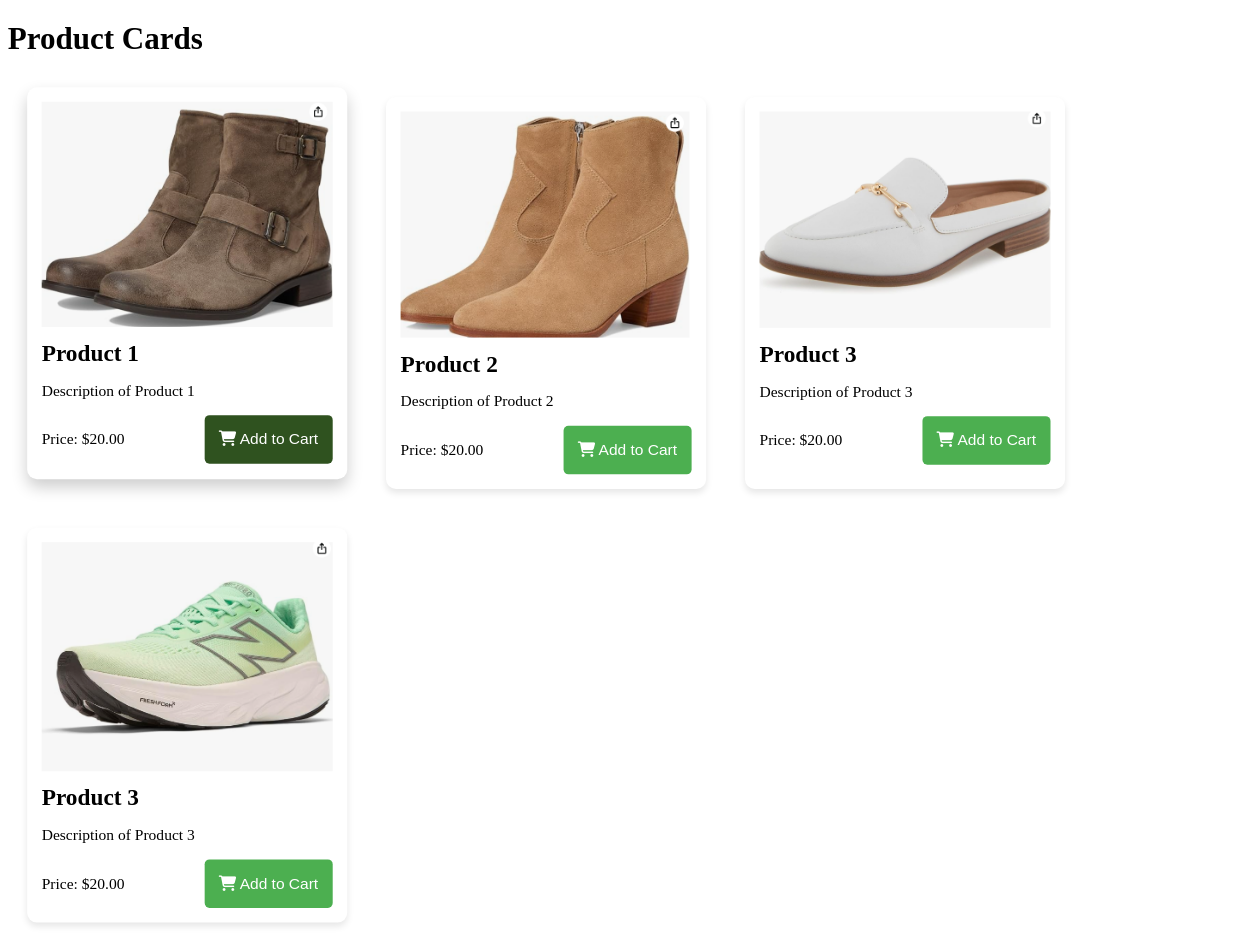
Repository: anjalipatel-dev/web-dev-learning-journey
Page: 03_html_css_ui_pages/05_E-com_cards/index.html
The author's editor kept a copy of each file at every save. The page is drawn from the files as they stood at one save, then again after the next save.
The browser window is 1280 px wide. The pictures show the whole page, at 97% of full size.
The pointer rests on the first visible `.card button`.

Above is the page before, as saved 2025-10-11 11:26:59.

### 03_html_css_ui_pages/05_E-com_cards/index.html
<!DOCTYPE html>
<html lang="en">
<head>
    <meta charset="UTF-8">
    <meta name="viewport" content="width=device-width, initial-scale=1.0">
    <link rel="stylesheet" href="styles.css">
    <link rel="stylesheet" href="https://cdnjs.cloudflare.com/ajax/libs/font-awesome/6.4.2/css/all.min.css">
    <title>cards</title>
</head>
<body>
    <h1>Product Cards</h1>
    <div class ="card-container">
    <div class="card">
        <img src="./images/product1.png" alt="Product 1">
        <h2>Product 1</h2>
        <p>Description of Product 1</p>
        <div class ='card-footer'>
        <p>Price: $20.00</p>
        <button><i class="fa-solid fa-cart-shopping"></i> Add to Cart</button>
        </div>
    </div>
    <div class="card">
        <img src="./images/product2.png" alt="Product 2">
        <h2>Product 2</h2>
        <p>Description of Product 2</p>
        <div class ='card-footer'>
        <p>Price: $20.00</p>
       <button><i class="fa-solid fa-cart-shopping"></i> Add to Cart</button>
        </div>
    </div>
    <div class="card">
        <img src="./images/product3.png" alt="Product 3">
        <h2>Product 3</h2>
        <p>Description of Product 3</p>
        <div class ='card-footer'>
        <p>Price: $20.00</p>
       <button><i class="fa-solid fa-cart-shopping"></i> Add to Cart</button>
        </div>
    </div>
    <div class="card">
        <img src="./images/product4.png" alt="Product 3">
        <h2>Product 3</h2>
        <p>Description of Product 3</p>
        <div class ='card-footer'>
        <p>Price: $20.00</p>
        <button><i class="fa-solid fa-cart-shopping"></i> Add to Cart</button>
        </div>
    </div>
    </div>
</body>
</html>

### 03_html_css_ui_pages/05_E-com_cards/styles.css
.body{
    margin: 0;
    padding: 0;
    box-sizing: border-box;
    font-family: 'Poppins', sans-serif;
    background-color: #f5f5f5;
}

.card-container {
    display: flex;
    flex-direction: row;
    flex-wrap: wrap;
}

.card {
    background-color: #fff;
    border-radius: 10px;
    box-shadow: 0 4px 8px rgba(0, 0, 0, 0.1);
    margin: 20px;
    padding: 15px;
    width: 300px;

}
.card:hover {
    transform: translateY(-10px);
    box-shadow: 0 8px 16px rgba(0, 0, 0, 0.2);
    transition: all 0.3s ease;
}

.card img {
    width: 100%;
    height: auto;

}

.card h2 {
    font-size: 24px;
    margin: 10px 0;
}
.card button {
    background-color: #4CAF50;
    color: white;
    border: none;
    padding: 10px 15px;
    border-radius: 5px;
    cursor: pointer;
    font-size: 16px;
}

.card button:hover {
    background-color: #2f521f;
    transition: background-color 0.3s ease;
}

.card-footer {
    display: flex;
    justify-content: space-between;
    margin-top: 15px;
  }

After the next save:
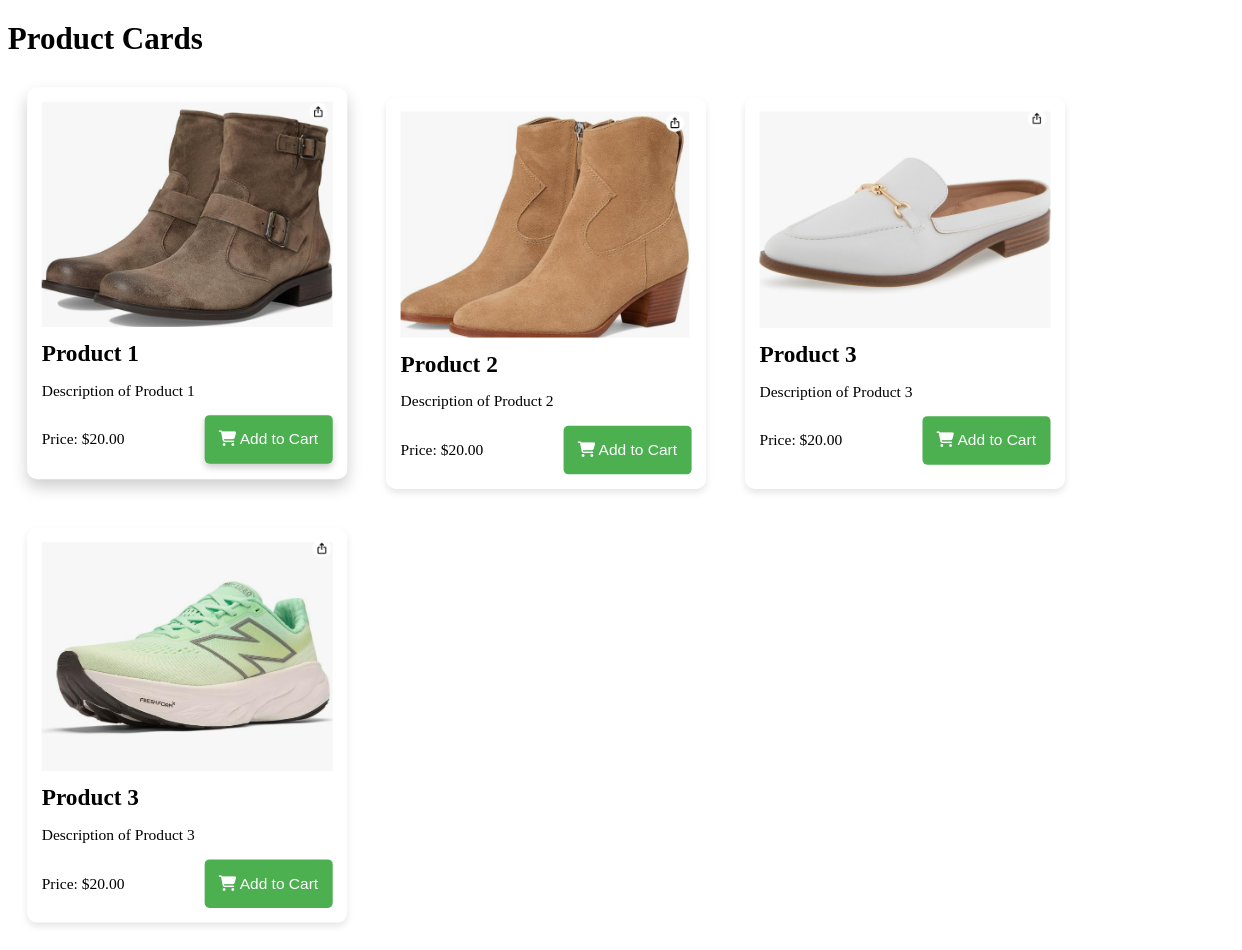
Saved 69 s later.
--- a/03_html_css_ui_pages/05_E-com_cards/styles.css
+++ b/03_html_css_ui_pages/05_E-com_cards/styles.css
@@ -48,7 +48,7 @@
 }
 
 .card button:hover {
-    background-color: #2f521f;
+    box-shadow: 0 4px 8px rgba(0, 0, 0, 0.2);
     transition: background-color 0.3s ease;
 }
 
